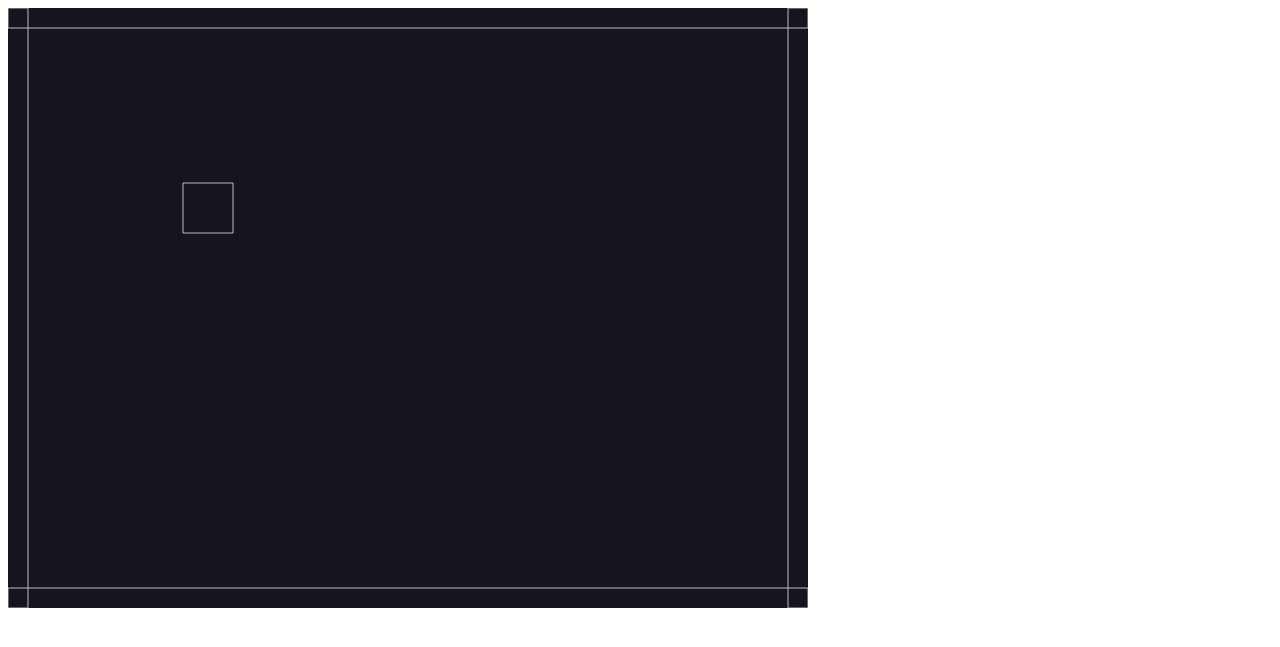
Repository: zhapar/JS-Bootcamp
Page: 3. Maze/index.html
The author's editor kept a copy of each file at every save. The page is drawn from the files as they stood at one save, then again after the next save.
The browser window is 1280 px wide. The pictures show the whole page.
Some web libraries are served in a nearby version.

Above is the page before, as saved 2020-07-12 18:33:13.

### 3. Maze/index.html
<!DOCTYPE html>
<html lang="en">

<head>
  <meta charset="UTF-8">
  <meta name="viewport" content="width=device-width, initial-scale=1.0">
  <script src="https://cdnjs.cloudflare.com/ajax/libs/matter-js/0.14.2/matter.min.js"
    integrity="sha512-pi0tSRZdlNRZeANPwdAIHRAYg6gZZV6QlAiyHXn5TYqLzBKE9jlttO/QgYLMhISD6oNv2kPsVelx+n5nw0FqKA=="
    crossorigin="anonymous"></script>
  <title>Maze</title>
</head>

<body>


  <script src="app.js"></script>
</body>

</html>

### 3. Maze/app.js
const {
  Engine,
  Render,
  Runner,
  World,
  Bodies,
  Mouse,
  MouseConstraint,
} = Matter;

const engine = Engine.create();
const { world } = engine;
const render = Render.create({
  element: document.body,
  engine: engine,
  options: {
    width: 800,
    height: 600,
  },
});

Render.run(render);
Runner.run(Runner.create(), engine);

World.add(world, MouseConstraint, {
  mouse: Mouse.create(render.canvas),
});

const shape = Bodies.rectangle(200, 200, 50, 50, {
  isStatic: true,
});

const walls = [
  Bodies.rectangle(400, 0, 800, 40, { isStatic: true }),
  Bodies.rectangle(400, 600, 800, 40, { isStatic: true }),
  Bodies.rectangle(0, 300, 40, 600, { isStatic: true }),
  Bodies.rectangle(800, 300, 40, 600, { isStatic: true }),
];
World.add(world, walls);
World.add(world, shape);

After the next save:
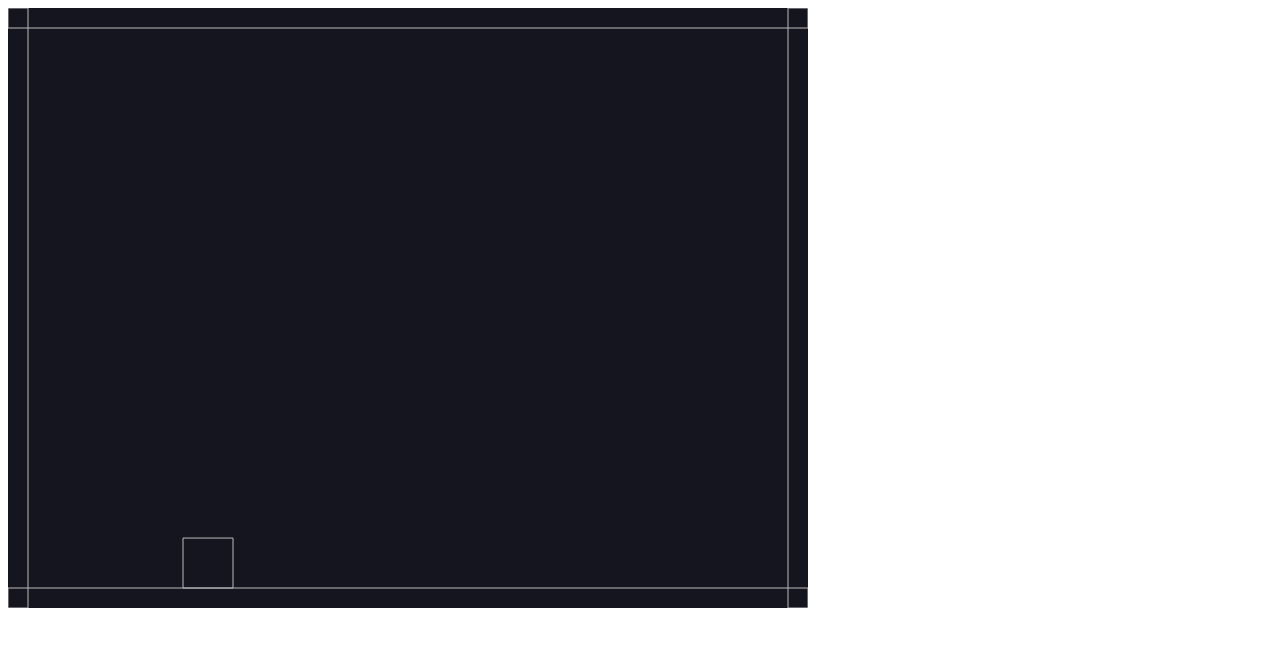
Saved 9 s later.
--- a/3. Maze/app.js
+++ b/3. Maze/app.js
@@ -27,7 +27,7 @@ World.add(world, MouseConstraint, {
 });
 
 const shape = Bodies.rectangle(200, 200, 50, 50, {
-  isStatic: true,
+  // isStatic: true,
 });
 
 const walls = [
